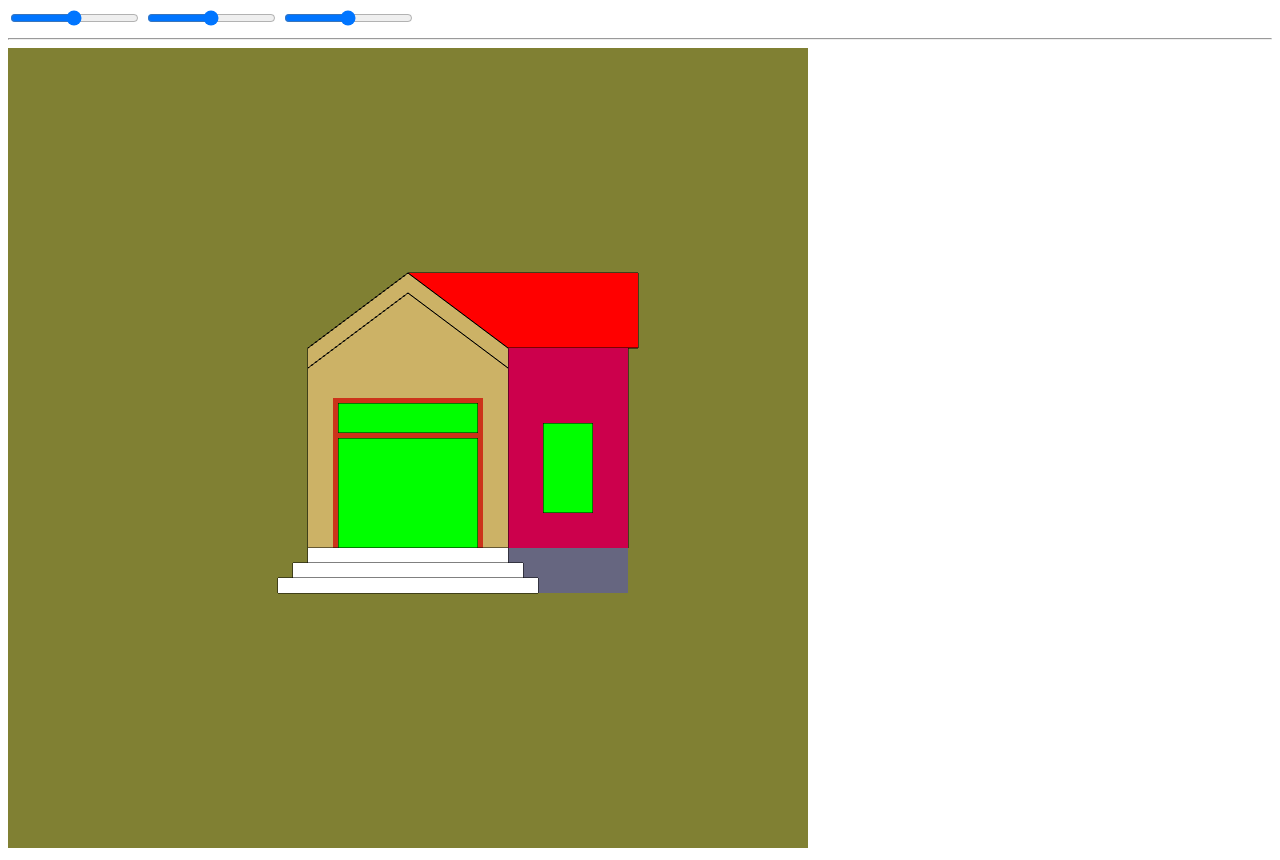
Repository: JoinGame-A36664/Build-House-WebGL
Page: index.html
The author's editor kept a copy of each file at every save. The page is drawn from the files as they stood at one save, then again after the next save.
The browser window is 1280 px wide. The pictures show the whole page.

Above is the page before, as saved 2021-10-25 10:22:56.
Console error: ReferenceError: program is not defined

After the next save:
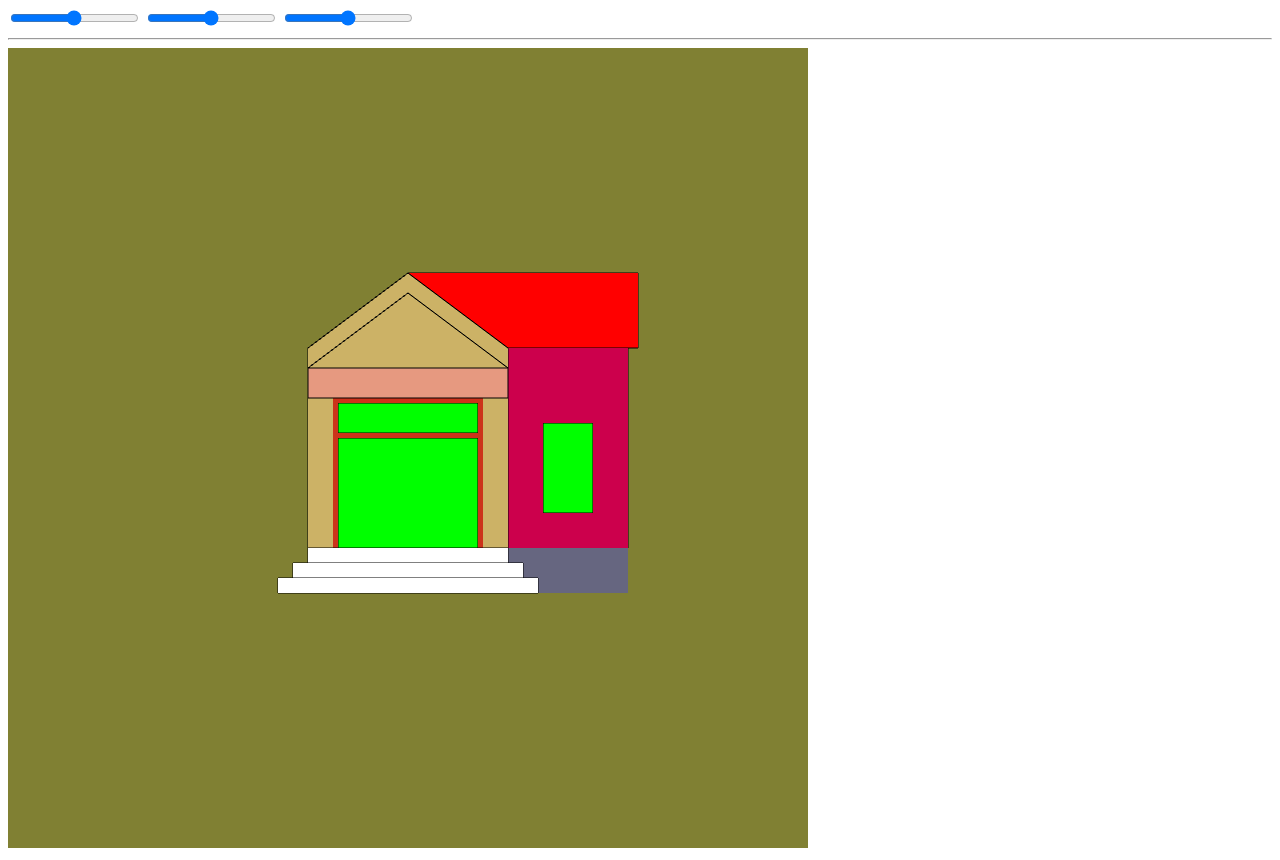
Saved 8 s later.
--- a/Bietthu1.js
+++ b/Bietthu1.js
@@ -186,9 +186,9 @@ function buildHouse(program, vertices, vertexColors) // Truyền vào những g
 
 
 
-          // buildrectangular(program, vertices[20], vertices[21], vertices[22], vertices[23], vertices[24], vertices[25], vertices[26], vertices[27], vertexColors[0], vertexColors[8]);
-          // // buildrectangular(program, vec3(150, -200, 200), vec3(200, -200, 200), vec3(200, 100, 200), vec3(150, 100, 200), vec3(150, 100, 150), vec3(150, -200, 150), vec3(200, -200, 150), vec3(200, 100, 150), vertexColors[0], vertexColors[8]);
-          // // buildrectangular(program, vec3(-200, -200, 200), vec3(-150, -200, 200), vec3(-150, 100, 200), vec3(-200, 100, 200), vec3(-200, 100, 150), vec3(-200, -200, 150), vec3(-150, -200, 150), vec3(-150, 100, 150), vertexColors[0], vertexColors[8]);
+          buildrectangular(program, vertices[20], vertices[21], vertices[22], vertices[23], vertices[24], vertices[25], vertices[26], vertices[27], vertexColors[0], vertexColors[8]);
+          // buildrectangular(program, vec3(150, -200, 200), vec3(200, -200, 200), vec3(200, 100, 200), vec3(150, 100, 200), vec3(150, 100, 150), vec3(150, -200, 150), vec3(200, -200, 150), vec3(200, 100, 150), vertexColors[0], vertexColors[8]);
+          // buildrectangular(program, vec3(-200, -200, 200), vec3(-150, -200, 200), vec3(-150, 100, 200), vec3(-200, 100, 200), vec3(-200, 100, 150), vec3(-200, -200, 150), vec3(-150, -200, 150), vec3(-150, 100, 150), vertexColors[0], vertexColors[8]);
 
           if (temp == 0) {
                     wall(program, vertices[0], vertices[1], vertices[2], vertices[3], vertexColors[9]);
